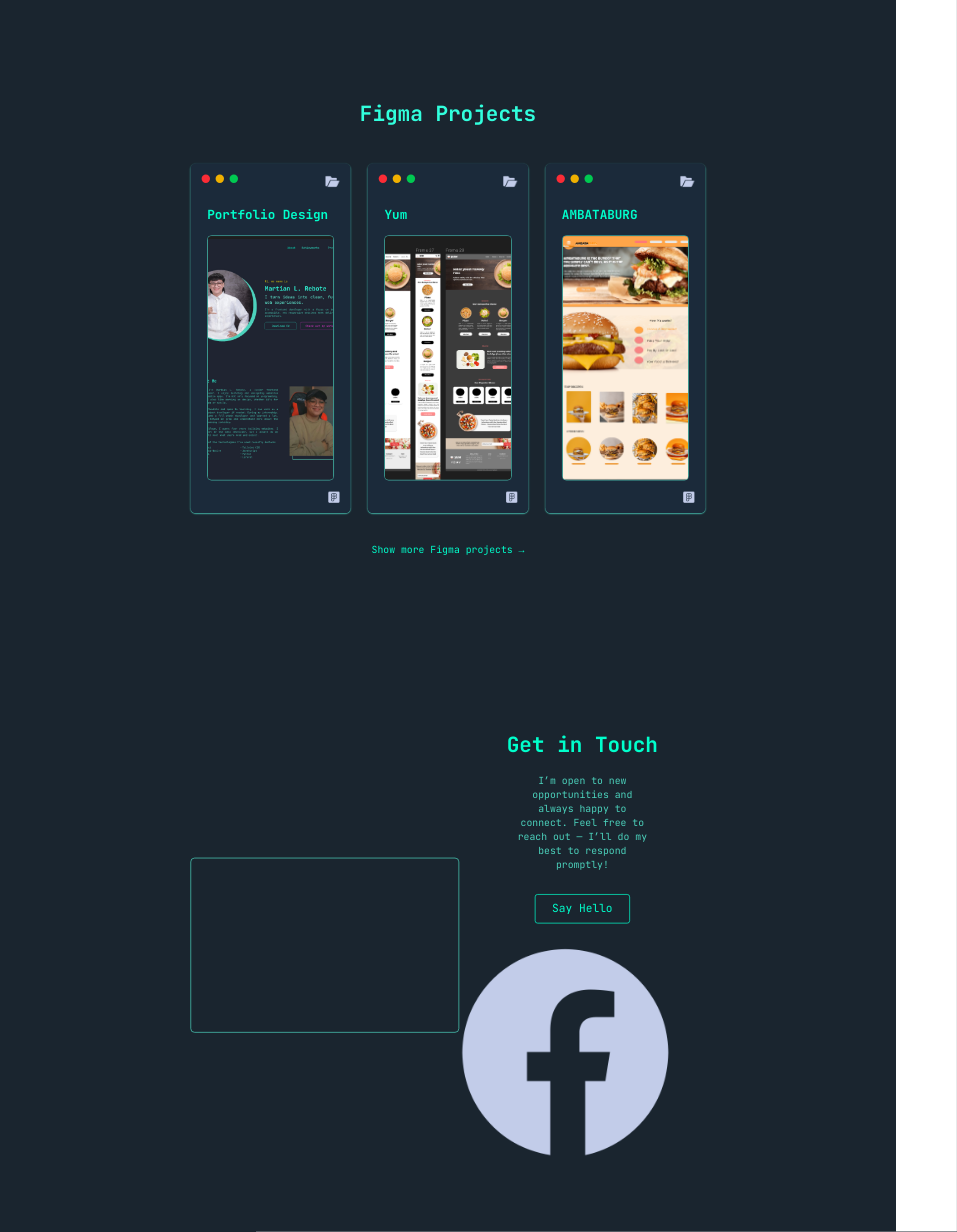
Repository: m4rsu-code/Portfolio
Page: / (app in my-portfolio/)
The author's editor kept a copy of each file at every save. The page is drawn from the files as they stood at one save, then again after the next save.
The browser window is 1280 px wide. The page is 1367 px wide, so the pictures cover 1367 px, including what lies to the right of the window. The pictures show the part of the page from y = 3555 to 5315 px (the page is 5315 px tall before and 5031 px after), at 70% of full size.
The project was rebuilt for these pictures with package versions that can differ from the ones it lists, and the page was loaded fresh each time. Also part of the build but not shown: my-portfolio/vite.config.js, my-portfolio/src/assets/components/Modal/AchievementModal.jsx, my-portfolio/src/AchievementsPage.jsx, my-portfolio/src/ProjectPage.jsx, my-portfolio/src/FigmaProjectsPage.jsx.

Above is the page before, as saved 2025-08-04 18:21:33.

### my-portfolio/src/main.jsx
import { StrictMode } from "react";
import { createRoot } from "react-dom/client";
import { BrowserRouter as Router, Routes, Route } from "react-router-dom";
import "./assets/CSS/index.css";
import App from "./App.jsx";
import AchievementsPage from "./AchievementsPage.jsx";
import ProjectPage from "./ProjectPage.jsx";
import FigmaProjectsPage from "./FigmaProjectsPage.jsx";
import ScrollToTop from "./assets/components/ScrollToTop.jsx";

createRoot(document.getElementById("root")).render(
  <StrictMode>
    <Router>
      <ScrollToTop />
      <Routes>
        <Route path="/" element={<App />} />
        <Route path="/achievements" element={<AchievementsPage />} />
        <Route path="/projects" element={<ProjectPage />} />
        <Route path="/figma-projects" element={<FigmaProjectsPage />} />
      </Routes>
    </Router>
  </StrictMode>
);

### my-portfolio/src/assets/CSS/index.css
@import "tailwindcss";

@layer base {
  .font-jetbrains-mono {
    font-family: 'JetBrains Mono', monospace;
  }
}

### my-portfolio/src/App.jsx
import { useState } from 'react';
import { Link } from 'react-router-dom';
import Navbar from './assets/components/Navbar';
import AchievementModal from './assets/components/Modal/AchievementModal';
import './assets/CSS/animation.css';
import { achievements, projects, figmaProjects } from './assets/components/data';
import ScrollToTopButton from './assets/components/ScrollToTopButton';

function App() {
  const [isModalOpen, setIsModalOpen] = useState(false);
  const [selectedAchievement, setSelectedAchievement] = useState(null);

  const openModal = (achievement) => {
    setSelectedAchievement(achievement);
    setIsModalOpen(true);
  };

  const closeModal = () => {
    setIsModalOpen(false);
    setSelectedAchievement(null);
  };

  return (
    <div className='min-h-screen bg-[#1A252F]'>
      <Navbar />
      <ScrollToTopButton />
      <div className='w-full px-60 py-10'>
        {/* Introduction Section */}
        <div className="flex flex-col items-center justify-center mt-30">
          <div className="flex flex-col md:flex-row items-center justify-center gap-35 px-8 py-16">
            {/* Image with Glowing Effect */}
            <div className="relative">
              <div className="rounded-full border-[2px] border-[#00FFCC] overflow-hidden w-[500px] h-[500px] animate-glow">
                <img
                  src="/Images/me.png"
                  alt="Martian L. Rebote"
                  className="object-cover w-full h-full"
                />
              </div>
            </div>

            {/* Text Content */}
            <div className="text-center md:text-left font-jetbrains-mono">
              <div className='w-full md:w-[750px]'>
                <p className="text-[#FFEA00] text-[18px]">Hi, my name is</p>
                <h1 className="text-[#00FFCC] text-[45px] font-bold mt-2">Martian L. Rebote</h1>
                <p className="text-base text-[30px] font-bold text-[#57CDB9] mt-4">
                  I turn ideas into clean, functional web experiences.
                </p>
                <p className="mt-4 text-[#4CD2BC] leading-relaxed text-[18px]">
                  I’m a frontend developer with a focus on building fast, accessible, and responsive websites that deliver great user experiences.
                </p>
              </div>

              <div className="mt-6 flex flex-col sm:flex-row items-center gap-4">
                <a href="/Martian_Rebote_CV.pdf" className="border border-[#00FFCC] px-5 py-2 rounded-md text-[#00FFCC] hover:bg-[#00FFCC] hover:text-black transition-colors">
                  Download CV
                </a>
                <a href="#projects" className="border border-[#FF38E5] px-5 py-2 rounded-md text-[#FF38E5] hover:bg-[#FF38E5] hover:text-black transition-colors">
                  Check out my work!
                </a>
              </div>
            </div>
          </div>
        </div>

        {/* About Me Section */}
        <div id="about" className="flex flex-col mt-30">
          <div className='flex flex-col md:flex-row items-center justify-between gap-10 px-8 py-16'>
            <div className='w-full md:w-[800px] text-left font-jetbrains-mono'>
              <h2 className='text-[#31FFDD] text-[30px] font-bold mb-7'>About Me</h2>
              <div className='w-full md:w-[900px] text-justify px-5'>
                <p className='text-[#4CD2BC] text-[18px] mt-4'>
                  Hi, I’m Martian L. Rebote, a junior frontend developer. I enjoy building and designing websites and mobile apps. I’m not only focused on programming, but I also like working on design, whether it’s for the web or mobile.
                </p>
                <p className='text-[#4CD2BC] text-[18px] mt-4'>
                  I’m flexible and open to learning. I can work as a full-stack developer if needed. During my internship, I became a full-stack developer and learned a lot, which helped me grow and understand more about the programming industry.
                </p>
                <p className='text-[#4CD2BC] text-[18px] mt-4'>
                  Some of the technologies I’ve used recently include:
                </p>

                <div className='flex flex-col sm:flex-row gap-10 mt-4'>
                  <ul className='text-[#4CD2BC] text-[18px] mt-2 list-disc pl-5'>
                    <li>React</li>
                    <li>React-Native</li>
                    <li>HTML</li>
                    <li>CSS</li>
                  </ul>
                  <ul className='text-[#4CD2BC] text-[18px] mt-2 list-disc pl-5'>
                    <li>Tailwind CSS</li>
                    <li>JavaScript</li>
                    <li>Python</li>
                    <li>Laravel</li>
                  </ul>
                </div>
              </div>
            </div>

            <div className="relative image-container w-[380px] h-[450px] group cursor-pointer">
              <div className="absolute left-5 w-full h-full border-3 border-[#00FFCC] rounded-[10px] uneven-box z-0 transition-transform duration-300 ease-in-out"></div>
              <div className="relative z-10 rounded-[10px] overflow-hidden w-full h-full transition-transform duration-300 ease-in-out group-hover:translate-x-[-10px] group-hover:translate-y-[-10px]">
                <img
                  src="/Images/me2.jpg"
                  alt="Martian L. Rebote"
                  className="object-cover w-full h-full"
                />
              </div>
            </div>
          </div>
        </div>

        {/* Achievements Section */}
        <div id="achievements" className="flex flex-col mt-30 px-8 py-16 font-jetbrains-mono">
          <h2 className="text-[#31FFDD] text-[30px] font-bold mb-12">Notable Achievements</h2>

          {/* Cards Grid - Limited to first 2 achievements */}
          <div>
            {/* First Row */}
            <div className="grid md:grid-cols-2 gap-10">
              {/* Left card (code-like box with image) */}
              <div className="bg-[#1B2A3A] rounded-lg p-4 flex flex-col h-96">
                <div className="flex gap-2 mb-4">
                  <div className="w-3 h-3 bg-red-500 rounded-full"></div>
                  <div className="w-3 h-3 bg-yellow-500 rounded-full"></div>
                  <div className="w-3 h-3 bg-green-500 rounded-full"></div>
                </div>
                <div
                  className="border border-[#4CD2BC] rounded-md flex-grow overflow-hidden group cursor-pointer"
                  onClick={() => openModal(achievements[0])}
                >
                  <img
                    src={achievements[0].image}
                    alt="Achievement Image"
                    className="w-full h-full object-cover transition-transform duration-300 ease-in-out group-hover:scale-110"
                  />
                </div>
              </div>

              {/* Right card (trophy + achievement with text) */}
              <div className="flex flex-col h-64">
                <p className="text-[#31FFDD] text-sm mb-2">Featured Achievement</p>
                <h3 className="text-[#31FFDD] text-lg font-bold flex items-center gap-2">
                  🏆 {achievements[0].title}
                </h3>
                <div className="border border-[#4CD2BC] rounded-md flex-grow mt-4 p-4 text-[#4CD2BC] text-sm overflow-auto">
                  {achievements[0].description}
                </div>
                <p className="text-[#4CD2BC] text-sm mt-2">Date: {achievements[0].date}</p>
              </div>
            </div>

            {/* Second Row */}
            <div className="grid md:grid-cols-2 gap-10 mt-10">
              {/* Left card (trophy + achievement with text) */}
              <div className="flex flex-col h-64">
                <p className="text-[#31FFDD] text-sm mb-2">Featured Achievement</p>
                <h3 className="text-[#31FFDD] text-lg font-bold flex items-center gap-2">
                  🏆 {achievements[1].title}
                </h3>
                <div className="border border-[#4CD2BC] rounded-md flex-grow mt-4 p-4 text-[#4CD2BC] text-sm overflow-auto">
                  {achievements[1].description}
                </div>
                <p className="text-[#4CD2BC] text-sm mt-2">Date: {achievements[1].date}</p>
              </div>

              {/* Right card (code-like box with image) */}
              <div className="bg-[#1B2A3A] rounded-lg p-4 flex flex-col h-96">
                <div className="flex gap-2 mb-4">
                  <div className="w-3 h-3 bg-red-500 rounded-full"></div>
                  <div className="w-3 h-3 bg-yellow-500 rounded-full"></div>
                  <div className="w-3 h-3 bg-green-500 rounded-full"></div>
                </div>
                <div
                  className="border border-[#4CD2BC] rounded-md flex-grow overflow-hidden group cursor-pointer"
                  onClick={() => openModal(achievements[1])}
                >
                  <img
                    src={achievements[1].image}
                    alt="Achievement Image"
                    className="w-full h-full object-cover transition-transform duration-300 ease-in-out group-hover:scale-110"
                  />
                </div>
              </div>
            </div>
          </div>

          {/* Show more link */}
          <div className="text-center mt-10">
            <Link
                to="/achievements"
                state={{ achievements }}
                className="text-[#31FFDD] text-sm hover:underline"
              >
                Show more achievements →
              </Link>
          </div>
        </div>

        {/* Project Section */}
        <div id='projects' className="flex flex-col mt-30 px-8 py-16 font-jetbrains-mono">
          <h2 className="text-[#31FFDD] text-[30px] text-center font-bold mb-12">Featured Projects</h2>
          <div className="grid grid-cols-1 sm:grid-cols-2 lg:grid-cols-3 gap-6">
            {projects.slice(0, 6).map((project) => (
              <div
                key={project.id}
                className="bg-[#1B2A3A] rounded-lg p-4 flex flex-col h-48 relative group shadow-xs shadow-[#4CD2BC] cursor-pointer transform transition-transform duration-300 ease-in-out hover:-translate-y-2"
              >
                <div className="flex gap-2">
                  <div className="w-3 h-3 bg-red-500 rounded-full"></div>
                  <div className="w-3 h-3 bg-yellow-500 rounded-full"></div>
                  <div className="w-3 h-3 bg-green-500 rounded-full"></div>
                  <div className="justify-end ml-auto">
                    <img src="/Images/open-folder.png" alt="Folder Icon" className="w-5 h-5" />
                  </div>
                </div>
                <div className="text-left rounded-md flex-grow p-4">
                  <h3 className="text-[#00FFCC] text-[18px] font-bold mb-2">{project.title}</h3>
                  <p className="text-[#4CD2BC] text-[10px]">{project.description}</p>
                </div>
                <div className="flex justify-end gap-2">
                  {project.githubLink ? (
                    <a href={project.githubLink} target="_blank" rel="noopener noreferrer" aria-label={`View ${project.title} on GitHub`}>
                      <img
                        src="/Images/github.png"
                        alt="GitHub Icon"
                        className="w-4 h-4 hover:invert hover:brightness-0 hover:sepia hover:saturate-[100%]"
                      />
                    </a>
                  ) : (
                    <img
                      src="/Images/github.png"
                      alt="GitHub Icon"
                      className="w-4 h-4 hover:invert hover:brightness-0 hover:sepia hover:saturate-[100%]"
                    />
                  )}
                  {project.title === 'Portfolio' && project.link && (
                    <a href={project.link} target="_blank" rel="noopener noreferrer" aria-label="View Portfolio Website">
                      <img
                        src="/Images/link.png"
                        alt="Link Icon"
                        className="w-4 h-4 hover:invert hover:brightness-0 hover:sepia hover:saturate-[100%]"
                      />
                    </a>
                  )}
                </div>
              </div>
            ))}
          </div>

          {projects.length > 6 && (
            <div className="text-center mt-10">
              <Link
                to="/projects"
                state={{ projects }}
                className="text-[#00FFCC] text-sm hover:underline"
              >
                Show more projects →
              </Link>
            </div>
          )}
        </div>

        {/* Figma Projects Section */}
        <div className="flex flex-col mt-30 px-8 py-16 font-jetbrains-mono">
          <h2 className="text-[#31FFDD] text-[30px] text-center font-bold mb-12">Figma Projects</h2>
          <div className="grid grid-cols-1 sm:grid-cols-2 lg:grid-cols-3 gap-6">
            {figmaProjects.slice(0, 3).map((project) => (
              <div
                key={project.id}
                className="bg-[#1B2A3A] rounded-lg p-4 flex flex-col h-[500px] relative group shadow-xs shadow-[#4CD2BC] cursor-pointer transform transition-transform duration-300 ease-in-out hover:-translate-y-2"
              >
                {/* Header with window controls and folder icon */}
                <div className="flex gap-2 mb-4">
                  <div className="w-3 h-3 bg-red-500 rounded-full"></div>
                  <div className="w-3 h-3 bg-yellow-500 rounded-full"></div>
                  <div className="w-3 h-3 bg-green-500 rounded-full"></div>
                  <div className="justify-end ml-auto">
                    <img src="/Images/open-folder.png" alt="Folder Icon" className="w-5 h-5" />
                  </div>
                </div>

                {/* Project Title */}
                <div className="flex items-start justify-start p-2">
                  <h3 className="text-[#00FFCC] text-[18px] font-bold">{project.title}</h3>
                </div>

                {/* Image with Border and No Overlap */}
                <div className="flex-grow flex items-center justify-center p-2">
                  <div className="border border-[#4CD2BC] rounded-md w-full h-[350px] overflow-hidden ">
                    <img
                      src={project.image}
                      alt={`${project.title} Image`}
                      className="w-full h-full object-cover"
                      onError={(e) => (e.target.src = '/Images/fallback.png')}
                      loading="lazy"
                    />
                  </div>
                </div>

                {/* Figma Link */}
                <div className="flex justify-end gap-2 mt-2">
                  {project.figmaLink && (
                    <a
                      href={project.figmaLink}
                      target="_blank"
                      rel="noopener noreferrer"
                      aria-label={`View ${project.title} on Figma`}
                    >
                      <img
                        src="/Images/figma.png"
                        alt="Figma Icon"
                        className="w-4 h-4 hover:invert hover:brightness-0 hover:sepia hover:saturate-[100%]"
                      />
                    </a>
                  )}
                </div>
              </div>
            ))}
          </div>
          {figmaProjects.length > 3 && (
            <div className="text-center mt-10">
              <Link
                to="/figma-projects"
                state={{ figmaProjects }}
                className="text-[#00FFCC] text-sm hover:underline"
              >
                Show more Figma projects →
              </Link>
            </div>
          )}
        </div>

        {/* Contact section */}
        <div className="flex flex-col mt-30 px-8 py-16 font-jetbrains-mono">
          <div className="flex  items-center justify-center w-full">

            {/* Left side — the outlined box */}
            <div className="border border-[#4CD2BC] md:w-[800px] md:h-[250px] rounded-md"></div>

            {/* Right side — text, button, and icons */}
            <div className="w-full text-center ">
              <h2 className="text-[#00FFCC] text-2xl md:text-3xl font-bold mb-6">Get in Touch</h2>
              <p className="text-[#4CD2BC] text-sm  mb-8 px-20">
                I’m open to new opportunities and always happy to connect. Feel free to reach out — I’ll do my best to respond promptly!
              </p>
              <button className="border border-[#00FFCC] text-[#00FFCC] px-6 py-2 rounded hover:bg-[#00FFCC] hover:text-[#131A26] transition duration-300 mb-8 cursor-pointer">
                Say Hello
              </button>

              {/* Social icons */}
              <div className="flex items-center justify-center md:justify-start gap-4 text-[#A0AEC0]">
                <a href="#" className="hover:text-[#00FFCC]">
                  <img src="/Images/facebook.png" alt="" />
                </a>
                <a href="#" className="hover:text-[#00FFCC]">
                  <i className="fab fa-instagram text-2xl"></i>
                </a>
                <a href="#" className="hover:text-[#00FFCC]">
                  <i className="fab fa-x-twitter text-2xl"></i>
                </a>
                <a href="#" className="hover:text-[#00FFCC]">
                  <i className="fab fa-linkedin text-2xl"></i>
                </a>
              </div>
            </div>
          </div>
        </div>


        {/* Modal */}
        {isModalOpen && selectedAchievement && (
          <AchievementModal
            image={selectedAchievement.image}
            title={selectedAchievement.title}
            description={selectedAchievement.description}
            date={selectedAchievement.date}
            onClose={closeModal}
          />
        )}
      </div>
    </div>
  );
}

export default App;

### my-portfolio/src/assets/components/ScrollToTop.jsx
import { useEffect } from 'react';
import { useLocation } from 'react-router-dom';

const ScrollToTop = () => {
  const { pathname } = useLocation();

  useEffect(() => {
    // Scrolls to the top of the window on pathname change
    window.scrollTo(0, 0);
  }, [pathname]);

  return null;
};

export default ScrollToTop;

### my-portfolio/src/assets/components/Navbar.jsx
import React from 'react';
import '../CSS/Navbar.css'; // Import the CSS for styling

function Navbar() {
  return (
    <nav className="w-full px-10 py-4 flex justify-between items-center fixed top-0 left-0 z-50 bg-transparent backdrop-blur-md font-jetbrains-mono">
      {/* Logo on the left */}
      <a href="/" className='text-3xl font-bold text-[#FF38E5] cursor-pointer'>m4rsu</a>
      {/* Navigation links on the right */}
      <div className='flex gap-10 text-base'>
        <a href='#about' className='text-[#31FFDD] text-[15px] font-light nav-link'>About</a>
        <a href='#achievements' className='text-[#31FFDD] text-[15px] font-light nav-link'>Achievements</a>
        <a href='#projects' className='text-[#31FFDD] text-[15px] font-light nav-link'>Projects</a>
        <a href='#contact' className='text-[#31FFDD] text-[15px] font-light nav-link'>Contact</a>
      </div>
    </nav>
  );
}

export default Navbar;

### my-portfolio/src/assets/CSS/animation.css
@keyframes glow {
  0% {
    box-shadow: 0 0 5px #00FFCC, 0 0 10px #00FFCC, 0 0 15px #00FFCC, 0 0 20px #00FFCC;
  }
  50% {
    box-shadow: 0 0 10px #00FFCC, 0 0 20px #00FFCC, 0 0 30px #00FFCC, 0 0 40px #00FFCC;
  }
  100% {
    box-shadow: 0 0 5px #00FFCC, 0 0 10px #00FFCC, 0 0 15px #00FFCC, 0 0 20px #00FFCC;
  }
}

@keyframes glow {
  0% {
    box-shadow: 0 0 5px #00FFCC, 0 0 10px #00FFCC;
  }
  50% {
    box-shadow: 0 0 15px #00FFCC, 0 0 25px #00FFCC;
  }
  100% {
    box-shadow: 0 0 5px #00FFCC, 0 0 10px #00FFCC;
  }
}

.animate-glow {
  animation: glow 2s ease-in-out infinite;
}

.uneven-box {
  transform: translateY(20px); /* move it downward initially */

  transition: transform 0.3s ease-in-out;
}

.image-container:hover .uneven-box {
  transform: translateY(30px); /* move it further down on hover */
}

### my-portfolio/src/assets/CSS/Navbar.css
.nav-link {
  position: relative;
  text-decoration: none;
}

.nav-link::after {
  content: '';
  position: absolute;
  width: 100%;
  height: 2px;
  bottom: -2px;
  left: 0;
  background-color: #31FFDD;
  transform: scaleX(0);
  transform-origin: bottom right;
  transition: transform 0.3s ease-in-out;
}

.nav-link:hover::after {
  transform: scaleX(1);
  transform-origin: bottom left;
}

Loaded but not shown: my-portfolio/index.html (common file); my-portfolio/src/assets/components/data.jsx (105 lines, source omitted); my-portfolio/src/assets/components/ScrollToTopButton.jsx (68 lines, source omitted)

After the next save:
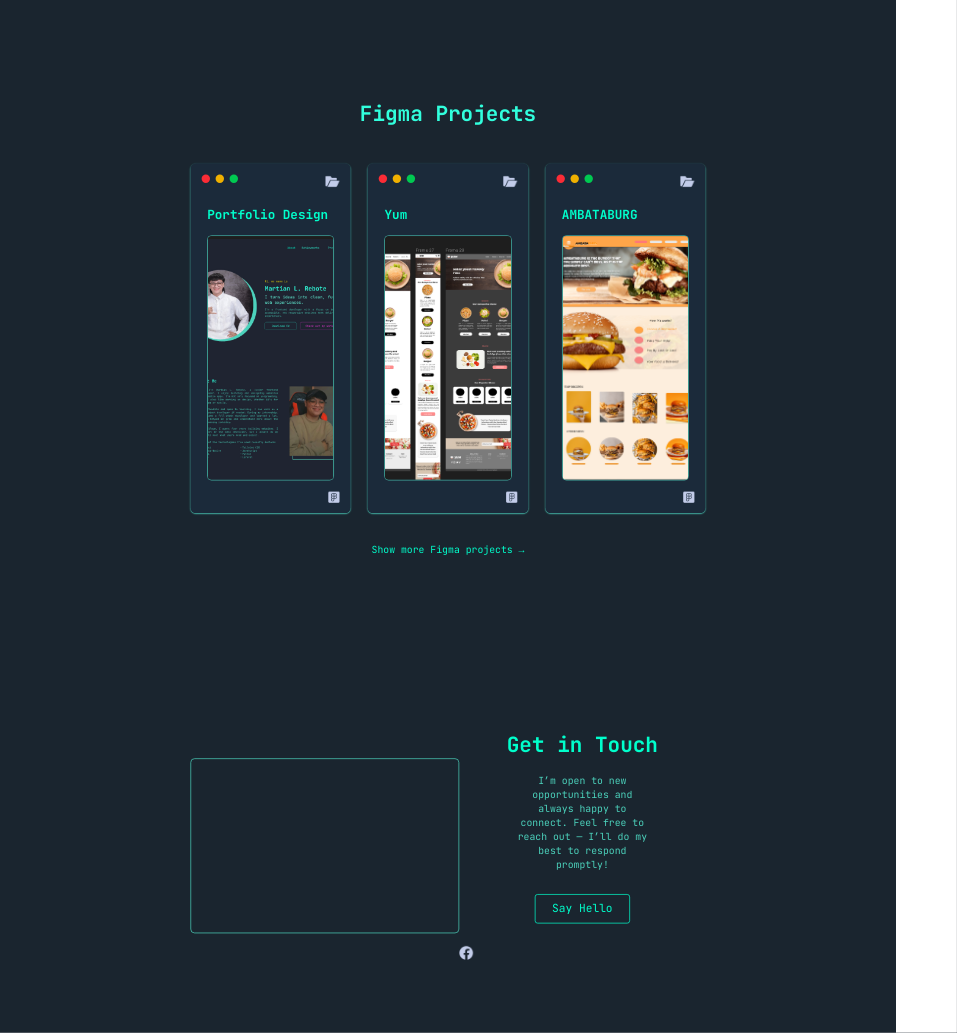
Saved 9 s later.
--- a/my-portfolio/src/App.jsx
+++ b/my-portfolio/src/App.jsx
@@ -351,7 +351,7 @@ function App() {
               {/* Social icons */}
               <div className="flex items-center justify-center md:justify-start gap-4 text-[#A0AEC0]">
                 <a href="#" className="hover:text-[#00FFCC]">
-                  <img src="/Images/facebook.png" alt="" />
+                  <img src="/Images/facebook.png" alt="" className='w-5 h-5'/>
                 </a>
                 <a href="#" className="hover:text-[#00FFCC]">
                   <i className="fab fa-instagram text-2xl"></i>
